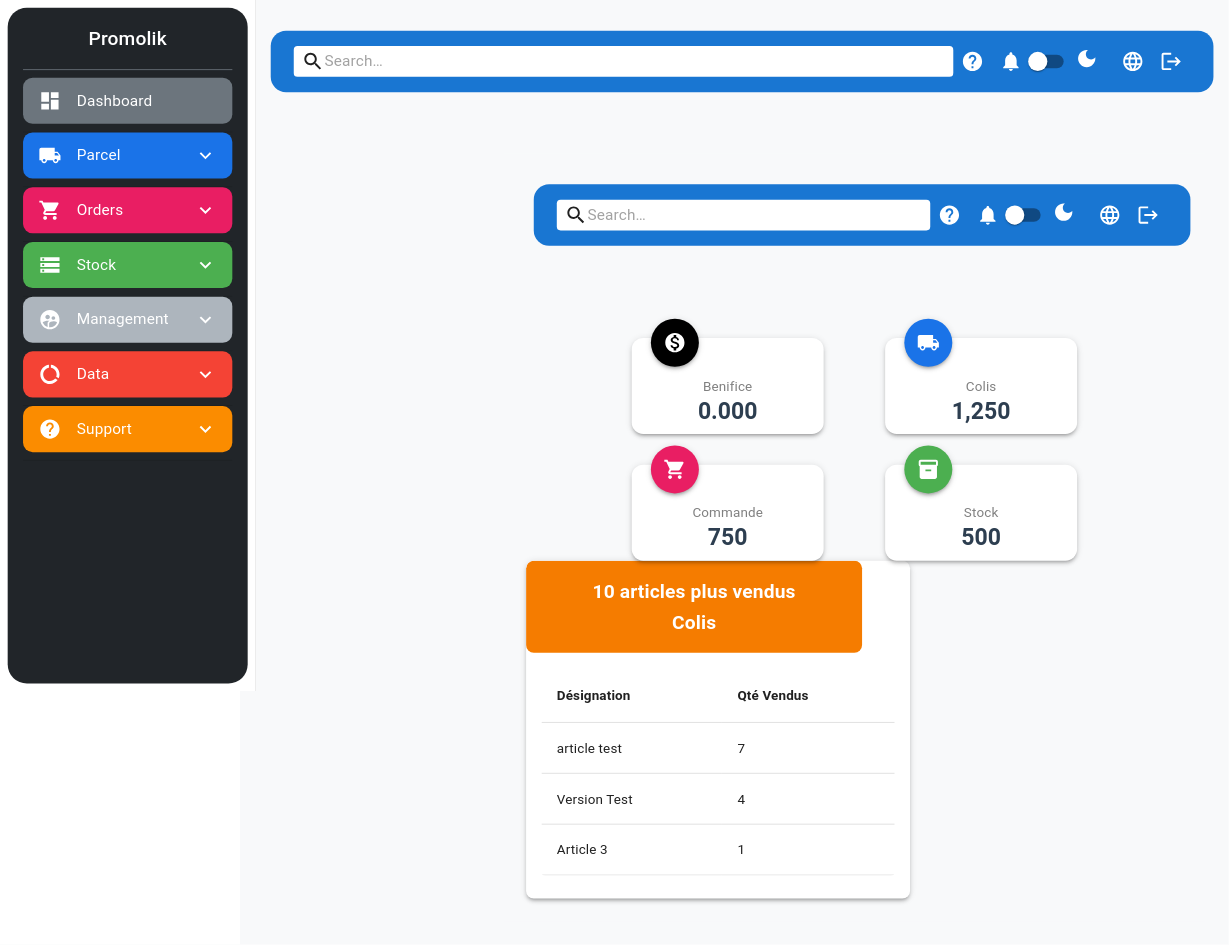
Repository: yosrjdly/stk
Page: /dashboard (app in dashboard/)
The author's editor kept a copy of each file at every save. The page is drawn from the files as they stood at one save, then again after the next save.
The browser window is 1280 px wide. The pictures show the whole page, at 96% of full size.
The project was rebuilt for these pictures with package versions that can differ from the ones it lists, and the page was loaded fresh each time. The framework's server and built-in components were replaced by stand-ins that run in the browser. Also part of the build but not shown: dashboard/next.config.ts.

Above is the page before, as saved 2025-02-14 18:13:18.

After the next save:
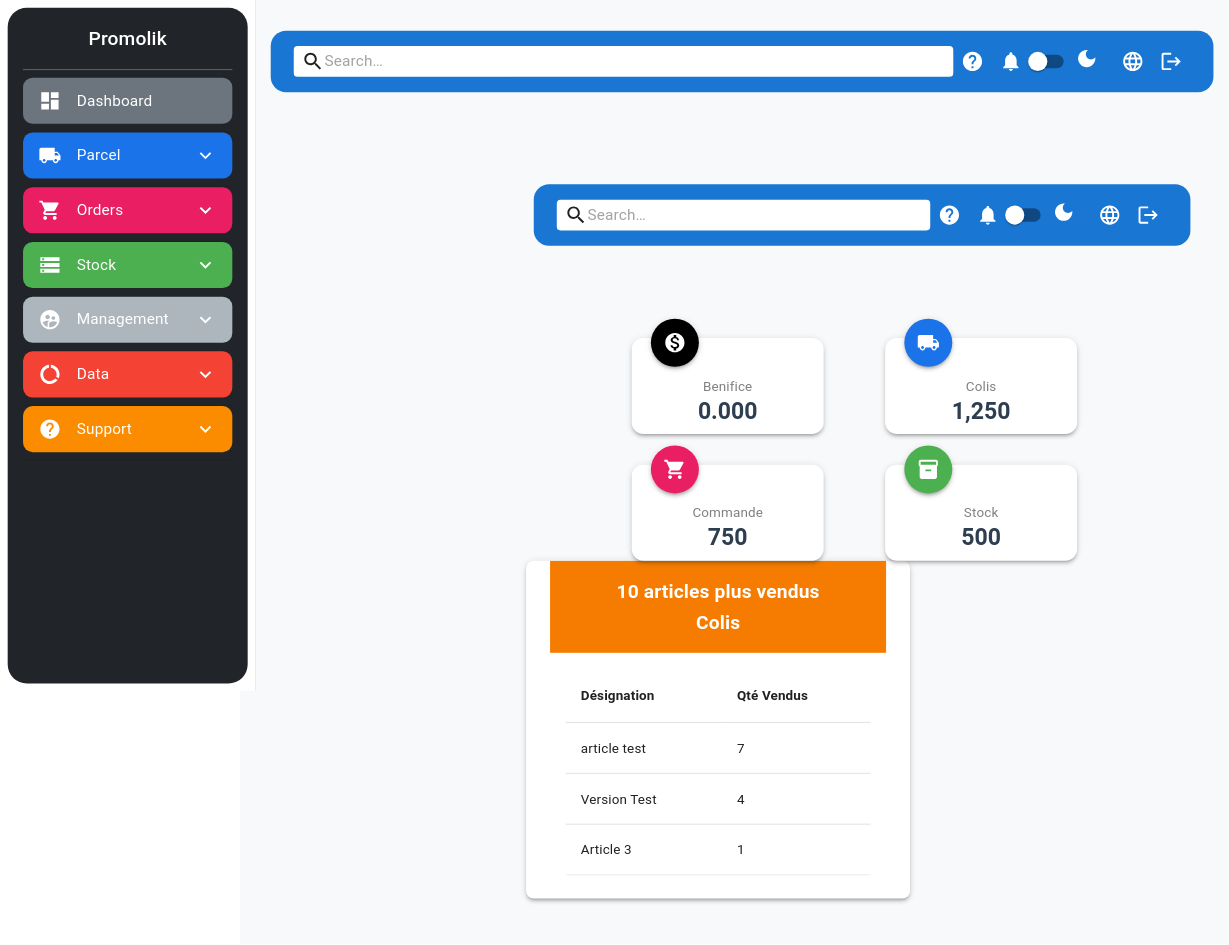
Saved 102 s later.
--- a/dashboard/src/componenets/cards/mediumCard/TopSellingCard.tsx
+++ b/dashboard/src/componenets/cards/mediumCard/TopSellingCard.tsx
@@ -1,6 +1,6 @@
 "use client";
 
-import { Card, CardContent, Typography, Table, TableBody, TableCell, TableContainer, TableHead, TableRow, Paper } from "@mui/material";
+import { Card, CardContent, Typography, Table, TableBody, TableCell, TableContainer, TableHead, TableRow, Paper, Box } from "@mui/material";
 
 const data = [
   { name: "article test", quantity: 7 },
@@ -10,8 +10,8 @@ const data = [
 
 const TopSellingCard = () => {
   return (
-    <Card sx={{ maxWidth: 400, borderRadius: 2, boxShadow: 3, overflow: "hidden" }}>
-      <CardContent sx={{ backgroundColor: "#f57c00", color: "white", textAlign: "center", padding: 2 ,borderRadius: 2 ,width:350 }}>
+    <Card sx={{ width: 400, borderRadius: 2, boxShadow: 3, overflow: "hidden", display: "flex", flexDirection: "column", alignItems: "center", justifyContent: "center" }}>
+      <CardContent sx={{ backgroundColor: "#f57c00", color: "white", textAlign: "center", padding: 2, width: 350 }}>
         <Typography variant="h6" fontWeight="bold">
           10 articles plus vendus
         </Typography>
@@ -19,7 +19,7 @@ const TopSellingCard = () => {
           Colis
         </Typography>
       </CardContent>
-      <CardContent>
+      <CardContent sx={{ width: 350 }}>
         <TableContainer component={Paper} elevation={0} sx={{ boxShadow: "none" }}>
           <Table>
             <TableHead>
